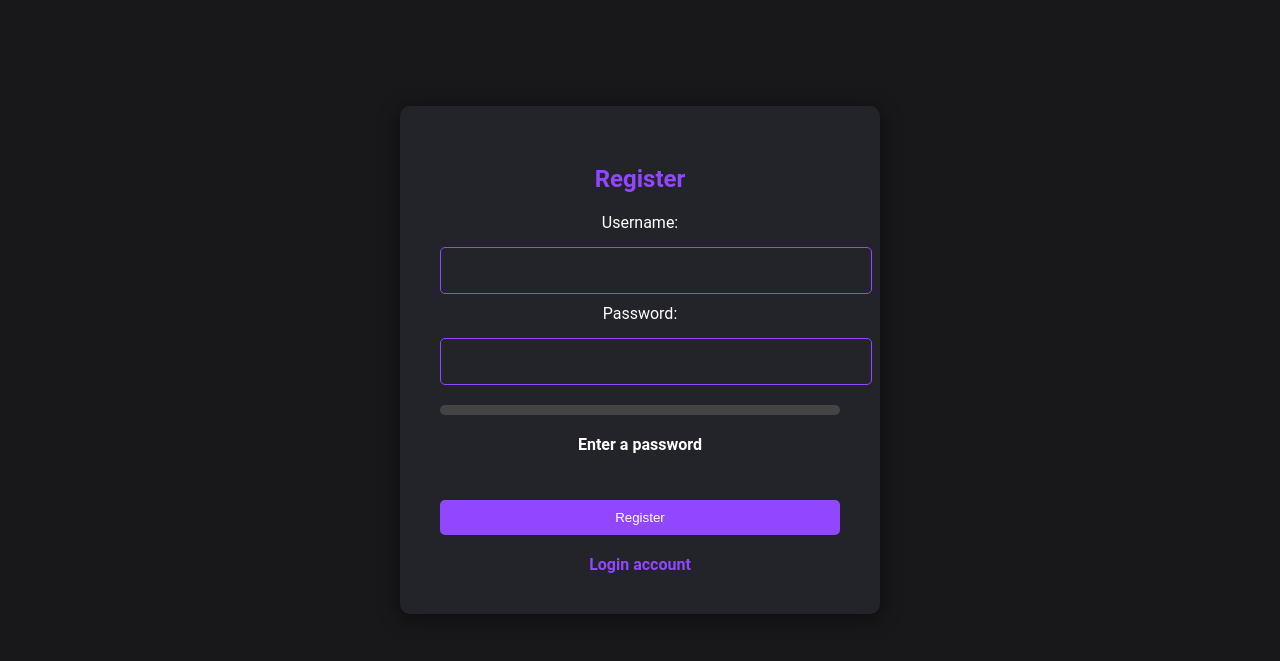
Repository: wolvicjohn/argon2
Page: http://localhost/register.php
An editor plug-in stored every save of this project. The page is shown before and after the next save, followed by the edit.
The browser window is 1280 px wide. The pictures show the whole page.
The page is run by PHP 8.4 with error messages shown; the project is at /var/www/html/.

Above is the page before, as saved 2024-10-22 17:00:28.

### register.php
<?php
// Include the database connection
require 'db.php';

// Check if PEPPER is already defined
if (!defined('PEPPER')) {
    define('PEPPER', 'pares-overload');
}

$message = '';

if ($_SERVER['REQUEST_METHOD'] === 'POST') {
    $username = $_POST['username'];
    $password = $_POST['password'];

    // Check if username exists
    $stmt = $pdo->prepare('SELECT id FROM users WHERE username = ?');
    $stmt->execute([$username]);

    if ($stmt->fetch()) {
        $message = '<div class="message error">Username already taken</div>';
    } else {
        // Generate a random salt (16 bytes)
        $salt = bin2hex(random_bytes(16));

        // Combine password with salt and pepper
        $pepperedPassword = hash_hmac('sha256', $password, PEPPER);
        $saltedPassword = $pepperedPassword . $salt;

        // Hash the final password using Argon2ID
        $passwordHash = password_hash($saltedPassword, PASSWORD_ARGON2ID);

        // Insert user into the database with salt and pepper
        $stmt = $pdo->prepare(
            'INSERT INTO users (username, password_hash, salt, pepper) VALUES (?, ?, ?, ?)'
        );
        $stmt->execute([$username, $passwordHash, $salt, PEPPER]);

        $message = '<div class="message success">User registered successfully!</div>';
    }
}
?>

<!DOCTYPE html>
<html lang="en">

<head>
    <meta charset="UTF-8">
    <title>Register</title>
    <link rel="stylesheet" href="styles.css">
</head>

<body>
    <div class="container">
        <h2>Register</h2>
        <form action="register.php" method="POST">
            <label for="username">Username:</label>
            <input type="text" name="username" id="username" required>

            <label for="password">Password:</label>
            <input type="password" name="password" id="password" required>

            <div class="password-strength">
                <div class="strength-bar" id="strength-bar"></div>
            </div>
            <p class="message" id="strength-text">Enter a password</p>

            <?php if ($message): ?>
                <?= $message; ?>
            <?php endif; ?>

            <button type="submit">Register</button>
            <a href="login.php">Login account</a>
        </form>
    </div>

    <script src="script.js"></script>
</body>

</html>

### db.php
<?php
// Start the session
session_start();

// Define the pepper as a server-side constant
define('PEPPER', 'pares-overload');

// Database connection details
$host = 'localhost';
$db = 'argon2_auth';
$user = 'root';
$pass = '';

// Database connection options
$dsn = "mysql:host=$host;dbname=$db;charset=utf8mb4";
$options = [
    PDO::ATTR_ERRMODE => PDO::ERRMODE_EXCEPTION,
    PDO::ATTR_DEFAULT_FETCH_MODE => PDO::FETCH_ASSOC,
];

try {
    $pdo = new PDO($dsn, $user, $pass, $options);
} catch (PDOException $e) {
    die("Database connection failed: " . $e->getMessage());
}
?>

### styles.css
/* styles.css */
body {
    font-family: 'Roboto', sans-serif; /* Modern font */
    margin: 0;
    padding: 0;
    height: 100vh; /* Full height for vertical centering */
    display: flex;
    justify-content: center; /* Center horizontally */
    align-items: center; /* Center vertically */
    background-color: #18181b; /* Dark background */
    color: #ffffff; /* White text color */
}

.container {
    text-align: center; /* Center text inside container */
    padding: 40px; /* Increased padding for better spacing */
    background-color: #23232a; /* Dark card background */
    border-radius: 10px; /* Rounded corners */
    box-shadow: 0 4px 20px rgba(0, 0, 0, 0.5); /* Subtle shadow */
    max-width: 400px; /* Max width for better layout */
    width: 90%; /* Responsive width */
}

h2 {
    color: #9146ff; /* Twitch purple */
    margin-bottom: 20px; /* Reduced margin for better spacing */
}

label {
    display: block;
    margin-bottom: 5px;
}

input {
    margin: 10px 0;
    padding: 15px;
    width: 100%; /* Full width for input fields */
    border: 1px solid #9146ff; /* Twitch purple border */
    border-radius: 5px;
    background-color: #23232a; /* Dark input background */
    color: #ffffff; /* White text color */
}

input:focus {
    outline: none;
    border-color: #ff477e; /* Pink border on focus */
}

button {
    padding: 10px 20px;
    cursor: pointer;
    background-color: #9146ff; /* Twitch purple */
    color: white;
    border: none;
    border-radius: 5px;
    transition: background-color 0.3s ease;
    margin-top: 20px; /* Spacing above the button */
    width: 100%; /* Full width button */
}

button:hover {
    background-color: #7e3af2; /* Darker purple on hover */
}

.password-strength {
    margin-top: 10px;
    height: 10px;
    width: 100%; /* Full width for strength meter */
    background-color: #444; /* Darker background for strength meter */
    border-radius: 5px;
    overflow: hidden;
}

.strength-bar {
    height: 100%;
    width: 0%; /* Default width is 0% */
    transition: width 0.3s ease-in-out; /* Smooth transition for width */
}

.strength-weak {
    background-color: red; /* Red for weak */
}

.strength-medium {
    background-color: orange; /* Orange for medium */
}

.strength-strong {
    background-color: #4CAF50; /* Green for strong */
}

.message {
    margin-top: 10px;
    font-size: 16px; /* Increased font size for visibility */
    font-weight: bold;
    text-align: center; /* Centered text */
    padding: 10px; /* Padding for better spacing */
    border-radius: 5px; /* Rounded corners */
    display: inline-block; /* Makes width fit content */
}

/* Success message styles */
.message.success {
    color: #4CAF50; /* Green for success */
    background-color: rgba(76, 175, 80, 0.1); /* Light green background */
}

/* Error message styles */
.message.error {
    color: #f44336; /* Red for error */
    background-color: rgba(244, 67, 54, 0.1); /* Light red background */
}

/* Link styles */
a {
    display: block;
    text-align: center;
    margin-top: 20px;
    color: #9146ff; /* Twitch purple */
    text-decoration: none;
    font-weight: bold;
}

a:hover {
    color: #7e3af2; /* Darker purple on hover */
}
textarea {
    width: 100%; /* Full width for textarea */
    height: 100px; /* Set a fixed height for better visibility */
    padding: 10px; /* Padding for comfort */
    border: 1px solid #9146ff; /* Twitch purple border */
    border-radius: 5px; /* Rounded corners */
    background-color: #23232a; /* Dark background */
    color: #ffffff; /* White text color */
    resize: vertical; /* Allow vertical resizing */
    overflow: auto; /* Scrollbar if needed */
    margin-top: 10px; /* Spacing above the textarea */
}

/* Make textarea read-only styling clear */
textarea:focus {
    outline: none; /* Remove default outline */
    border-color: #ff477e; /* Change border color on focus */
}

### script.js
// script.js
const passwordInput = document.getElementById('password');
const strengthBar = document.getElementById('strength-bar');
const strengthText = document.getElementById('strength-text');

passwordInput.addEventListener('input', () => {
    const password = passwordInput.value;
    const strength = calculateStrength(password);
    updateStrengthMeter(strength);
});

function calculateStrength(password) {
    let strength = 0;

    if (password.length >= 8) strength++;
    if (/[A-Z]/.test(password)) strength++;
    if (/[a-z]/.test(password)) strength++;
    if (/[0-9]/.test(password)) strength++;
    if (/[^A-Za-z0-9]/.test(password)) strength++;

    return strength;
}

function updateStrengthMeter(strength) {
    // Reset the strength bar
    strengthBar.className = 'strength-bar';
    strengthBar.style.width = `${strength * 20}%`;  // Dynamically set the width

    // Set the color and text based on strength
    if (strength <= 1) {
        strengthBar.classList.add('strength-weak');
        strengthText.textContent = 'Weak';
        strengthText.style.color = 'red';
    } else if (strength <= 3) {
        strengthBar.classList.add('strength-medium');
        strengthText.textContent = 'Medium';
        strengthText.style.color = 'orange';
    } else {
        strengthBar.classList.add('strength-strong');
        strengthText.textContent = 'Strong';
        strengthText.style.color = 'green';
    }
}

After the next save:
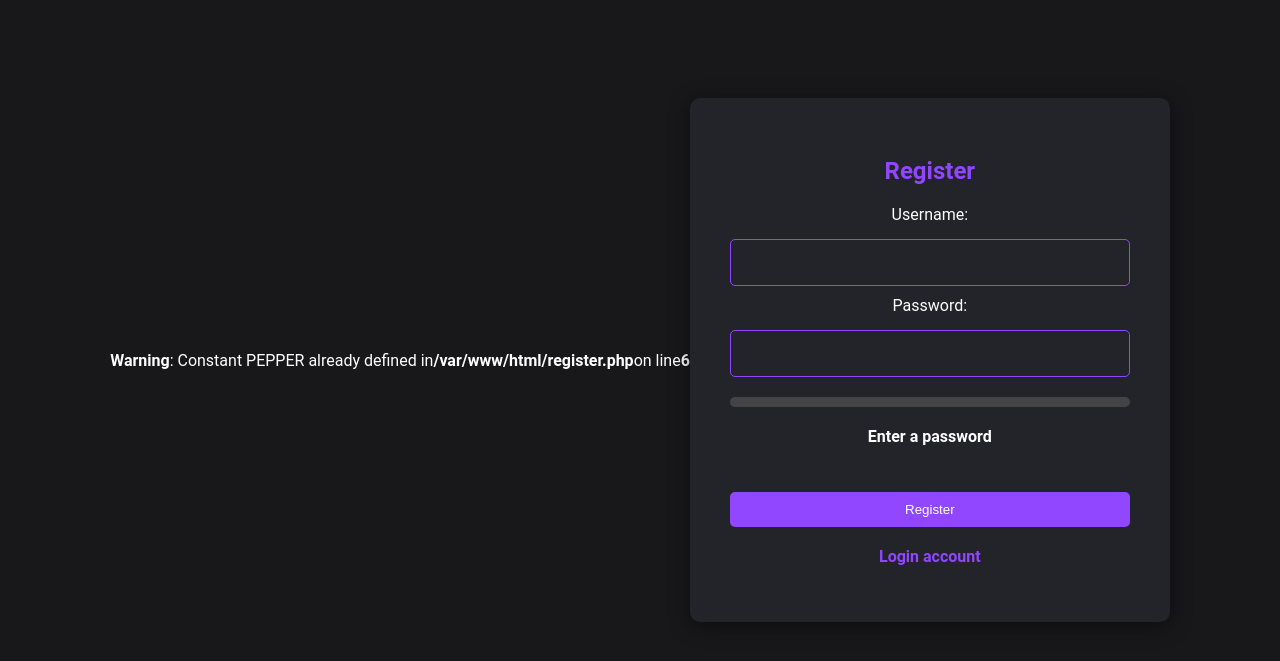
Saved 77 s later.
--- a/register.php
+++ b/register.php
@@ -2,16 +2,13 @@
 // Include the database connection
 require 'db.php';
 
-// Check if PEPPER is already defined
-if (!defined('PEPPER')) {
-    define('PEPPER', 'pares-overload');
-}
+// Define the pepper as a server-side constant
+define('PEPPER', 'pares-overload'); // Ensure this is a secure value
 
 $message = '';
-
 if ($_SERVER['REQUEST_METHOD'] === 'POST') {
-    $username = $_POST['username'];
-    $password = $_POST['password'];
+    $username = trim($_POST['username']);
+    $password = trim($_POST['password']);
 
     // Check if username exists
     $stmt = $pdo->prepare('SELECT id FROM users WHERE username = ?');
@@ -30,11 +27,11 @@
         // Hash the final password using Argon2ID
         $passwordHash = password_hash($saltedPassword, PASSWORD_ARGON2ID);
 
-        // Insert user into the database with salt and pepper
+        // Insert user into the database with salt
         $stmt = $pdo->prepare(
-            'INSERT INTO users (username, password_hash, salt, pepper) VALUES (?, ?, ?, ?)'
+            'INSERT INTO users (username, password_hash, salt) VALUES (?, ?, ?)'
         );
-        $stmt->execute([$username, $passwordHash, $salt, PEPPER]);
+        $stmt->execute([$username, $passwordHash, $salt]);
 
         $message = '<div class="message success">User registered successfully!</div>';
     }

After the 3 saves that followed:
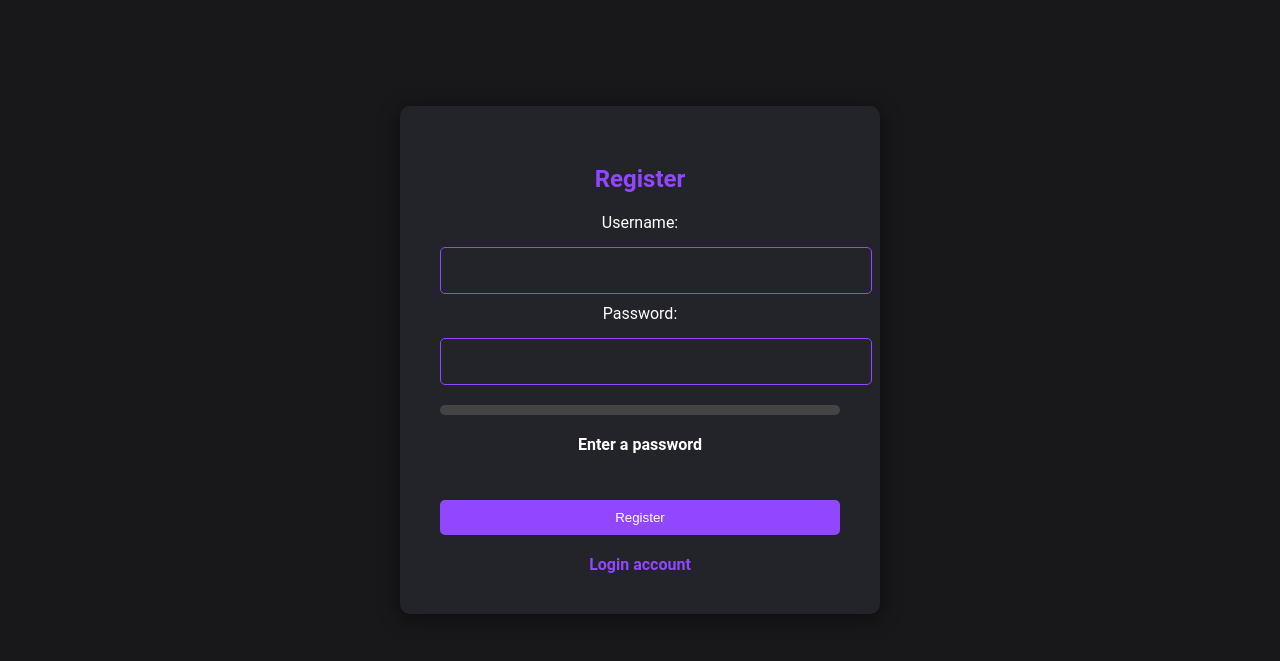
The 3 saves are shown as one change because they came seconds apart.
The last was saved 33 s later.
--- a/register.php
+++ b/register.php
@@ -1,9 +1,6 @@
 <?php
 // Include the database connection
 require 'db.php';
-
-// Define the pepper as a server-side constant
-define('PEPPER', 'pares-overload'); // Ensure this is a secure value
 
 $message = '';
 if ($_SERVER['REQUEST_METHOD'] === 'POST') {
